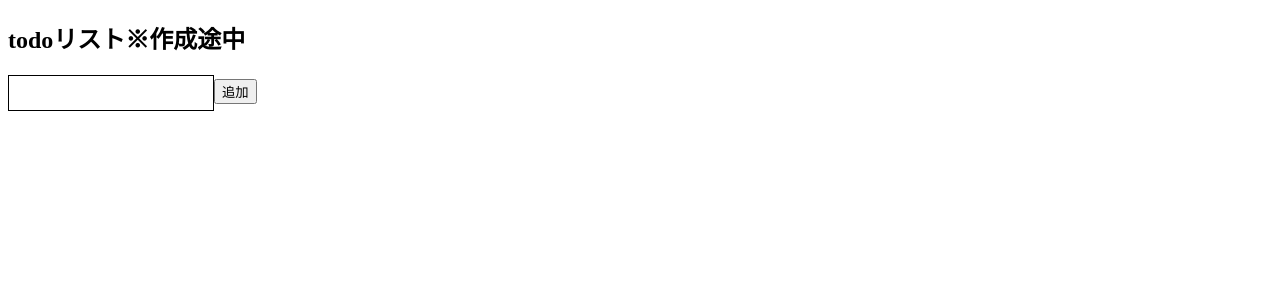
Repository: FujieRyou/react_practice
Page: /
The author's editor kept a copy of each file at every save. The page is drawn from the files as they stood at one save, then again after the next save.
The browser window is 1280 px wide. The pictures show the whole page.
The project was rebuilt for these pictures with package versions that can differ from the ones it lists, and the page was loaded fresh each time. Also part of the build but not shown: vite.config.js, src/components/testComponent.jsx, src/components/countUp.jsx, src/components/switchFlag.jsx, src/components/props1.jsx, src/components/profile.jsx, src/components/ivent.jsx.

Above is the page before, as saved 2023-01-19 03:39:29.

### src/App.jsx
import { useEffect } from "react"
import { useRef } from "react"
import { useState } from "react"
import TestComponent from "./components/testComponent"
import styles from "./scss/style.scss"
import Todolist from "./components/todoComponent"
import CountUp from "./components/countUp"
import SwitchFlag from "./components/switchFlag"
import PropsPractice from "./components/props1"
import Profile from "./components/profile"
import ChangeIvent from "./components/ivent"


const App = () =>{
  const profileInfo = [
    {name:"Takasi",age:20,from:"大阪"},
    {name:"Hirosi",age:19,from:"東京"},
    {name:"Musasi",age:21,from:"名古屋"},
]


  return(
    <div>
      {/* todolist作成中 */}
      <Todolist />

      {/* 押すたびにcountがupする(useState練習) */}
      {/* < CountUp /> */}

      {/* 押すたびにON,OFFがきりかわる(useState練習) */}
      {/* <SwitchFlag /> */}

    {/* props練習 */}
    {/* <PropsPractice color="red"/>
    <PropsPractice num={123}/> */}

    {/* <Profile
      name={profileInfo[0].name}
      age={profileInfo[0].age}
      from={profileInfo[0].from}
    />

    <Profile
      {...profileInfo[1]}
    />

    <Profile/>

    <ChangeIvent /> */}

    </div>






  )
}


export default App

### src/scss/style.scss
input{
    border: solid 1px black;
    width: 200px;
    height: 32px;
}

.btn{
    width: 56px;
    height: 32px;
    background-color: aquamarine;
}

.list{
    width: 200px;
    height: 100px;
    background-color: tomato;
    border: solid 1px skyblue;
    padding: 10px 12px;
    list-style-type: none;
}

.component{
    width: 200px;
    height: 150px;
    border: solid 5px green;
    color: green;
}
.component.red{
    width: 200px;
    height: 150px;
    border: solid 5px red;
    color: red;
}

.mouseInOut{
    width: 200px;
    height: 200px;
    background-color: aquamarine;
    margin-top: 20px;
}

### src/components/todoComponent.jsx
import style from "../scss/style.scss"
import { useState } from "react";

const Todolist = () =>{
    const [val, setVal] = useState();

    return(
        <div className="todoWrap">
            <h2>todoリスト※作成途中</h2>
            <input type="text" id="txtArea" />
            <button type="button" id="addBtn">追加</button>
            <div id="listWrap">
            </div>
        </div>
    )
}

export default Todolist;

Loaded but not shown: index.html (common file); src/main.jsx (common file)

After the next save:
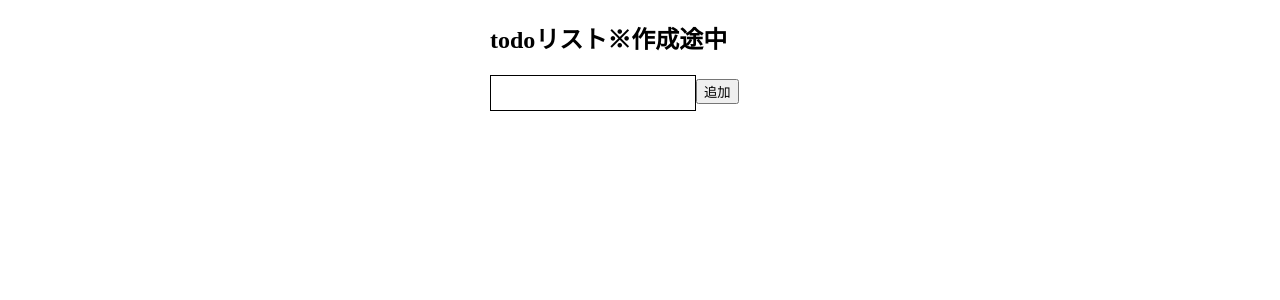
Saved 28 s later.
--- a/src/scss/style.scss
+++ b/src/scss/style.scss
@@ -38,3 +38,9 @@ input{
     background-color: aquamarine;
     margin-top: 20px;
 }
+
+.todoWrap{
+    width: 300px;
+    height: 200px;
+    margin: 0 auto;
+}
